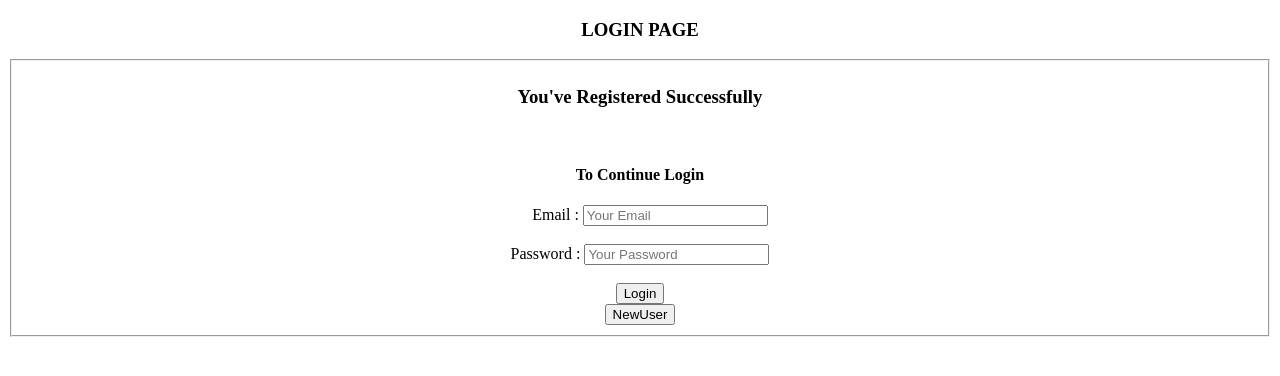
Repository: msibgathulla9980/Servlet
Page: ServletJdbcApp/WebContent/login.html
An editor plug-in stored every save of this project. The page is shown before and after the next save, followed by the edit.
The browser window is 1280 px wide. The pictures show the whole page.

Above is the page before, as saved 2019-01-24 05:26:20.

### ServletJdbcApp/WebContent/login.html
<!DOCTYPE html>
<html>
<head>
<h3><b><center>LOGIN PAGE</b></center></h3>
<meta charset="UTF-8">
<title>Bridge Labz Login</title>
</head>
<body>
<fieldset>
<center>
<h3>You've Registered Successfully</h3><br>
<h4>To Continue Login</h4>
<form action="login" method="post">
&nbsp;&nbsp;&nbsp;&nbsp;&nbsp;Email :
<input type="email" name="email" placeholder="Your Email" required/><br><br>
Password :
<input type="password" name="password" placeholder="Your Password" required/><br><br>
 <a href=Welcome.html><input type="submit" value="Login"/></a>
</form>
<a href=Registration.html><input type="submit" value="NewUser" /></a>
</center>
</fieldset>
</body>
</html>

After the next save:
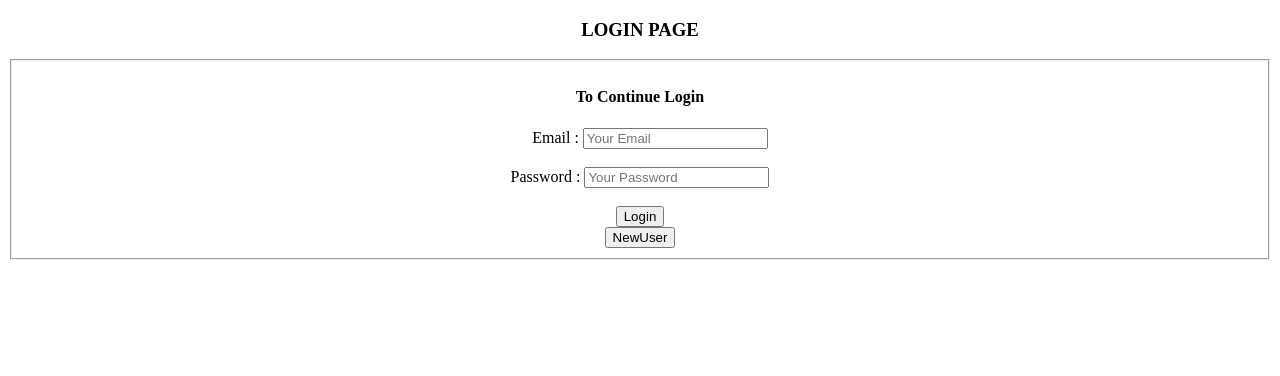
Saved 7 min 14 s later.
--- a/ServletJdbcApp/WebContent/login.html
+++ b/ServletJdbcApp/WebContent/login.html
@@ -8,7 +8,7 @@
 <body>
 <fieldset>
 <center>
-<h3>You've Registered Successfully</h3><br>
+<!-- <h3>You've Registered Successfully</h3><br> -->
 <h4>To Continue Login</h4>
 <form action="login" method="post">
 &nbsp;&nbsp;&nbsp;&nbsp;&nbsp;Email :

After the save that followed:
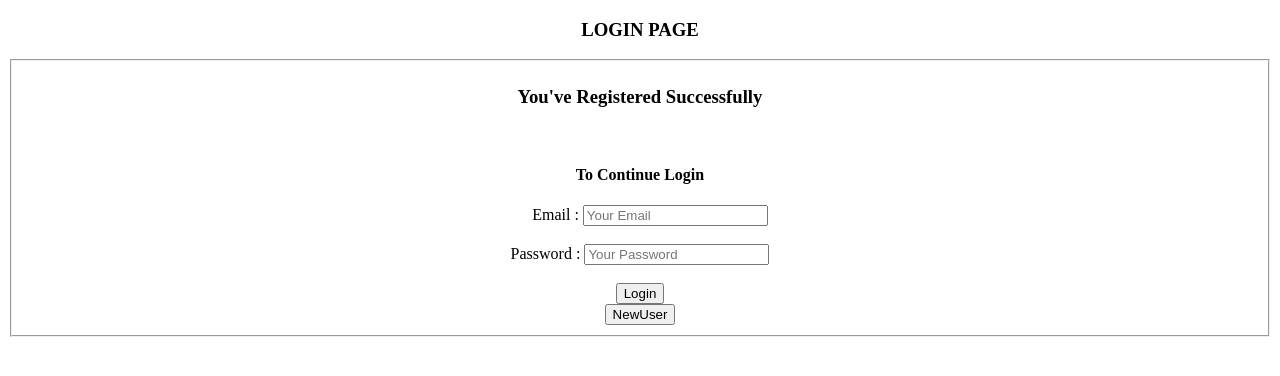
Saved 49 s later.
--- a/ServletJdbcApp/WebContent/login.html
+++ b/ServletJdbcApp/WebContent/login.html
@@ -8,7 +8,7 @@
 <body>
 <fieldset>
 <center>
-<!-- <h3>You've Registered Successfully</h3><br> -->
+<h3>You've Registered Successfully</h3><br>
 <h4>To Continue Login</h4>
 <form action="login" method="post">
 &nbsp;&nbsp;&nbsp;&nbsp;&nbsp;Email :
